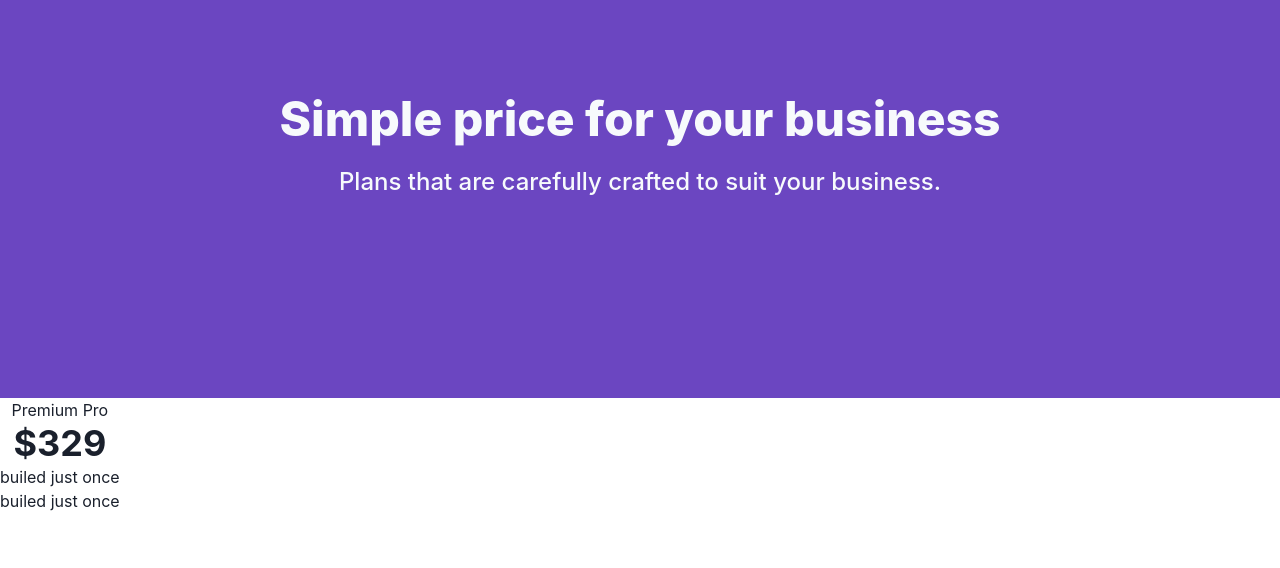
Repository: noutijo/learn-in-depth-chakra-ui
Page: /
The author's editor kept a copy of each file at every save. The page is drawn from the files as they stood at one save, then again after the next save.
The browser window is 1280 px wide. The pictures show the whole page.
The project was rebuilt for these pictures with package versions that can differ from the ones it lists, and the page was loaded fresh each time. Also part of the build but not shown: vite.config.ts.

Above is the page before, as saved 2023-01-30 15:29:01.

### src/main.tsx
import React from 'react'
import ReactDOM from 'react-dom/client'
import App from './App'
import { ChakraProvider } from "@chakra-ui/react"

ReactDOM.createRoot(document.getElementById('root') as HTMLElement).render(
  <ChakraProvider>
  <React.StrictMode>
    <App />
  </React.StrictMode>
  </ChakraProvider>,
)

### src/App.tsx
//import './App.css'
import "./App.css";
import { Box, Flex, Stack, VStack, HStack } from "@chakra-ui/react";
import { Header  } from "./components/Header";
import { Pricing } from "./components/Pricing";

export default function App() {
  return (
    <div className="App">
      <Box>
        <Header />
        <Pricing />
      </Box>
    </div>
  );
}

### src/App.css
#root {
  max-width: 1280px;
  margin: 0 auto;
  text-align: center;
}

.logo {
  height: 6em;
  padding: 1.5em;
  will-change: filter;
}
.logo:hover {
  filter: drop-shadow(0 0 2em #646cffaa);
}
.logo.react:hover {
  filter: drop-shadow(0 0 2em #61dafbaa);
}

@keyframes logo-spin {
  from {
    transform: rotate(0deg);
  }
  to {
    transform: rotate(360deg);
  }
}

@media (prefers-reduced-motion: no-preference) {
  a:nth-of-type(2) .logo {
    animation: logo-spin infinite 20s linear;
  }
}

.card {
  padding: 2em;
}

.read-the-docs {
  color: #888;
}

### src/components/Header.tsx
//import './App.css'
import { Box, Heading, Text, Flex } from "@chakra-ui/react";

export function Header() {
  return (
    <Box as="section" color="#F7FAFC" bg="#6b46c1" pt="90px" pb="198px" px="32px">
      <Heading fontWeight={800} fontSize={"48px"}>
        Simple price for your business
      </Heading>
      <Text fontWeight={500} fontSize={"24px"} mt="16px">
        Plans that are carefully crafted to suit your business.
      </Text>
    </Box>
  );
}

### src/components/Pricing.tsx
//import './App.css'
import { Box, Heading, Text, Flex } from "@chakra-ui/react";

export function Pricing() {
  return (
    <Box>
      <Flex>
        <Box>
            <Text>Premium Pro</Text>
            <Heading>$329</Heading>
            <Text>builed just once</Text>
            <Text>builed just once</Text>
        </Box>
        <Box></Box>
      </Flex>
    </Box>
  );
}

Loaded but not shown: index.html (common file)

After the next save:
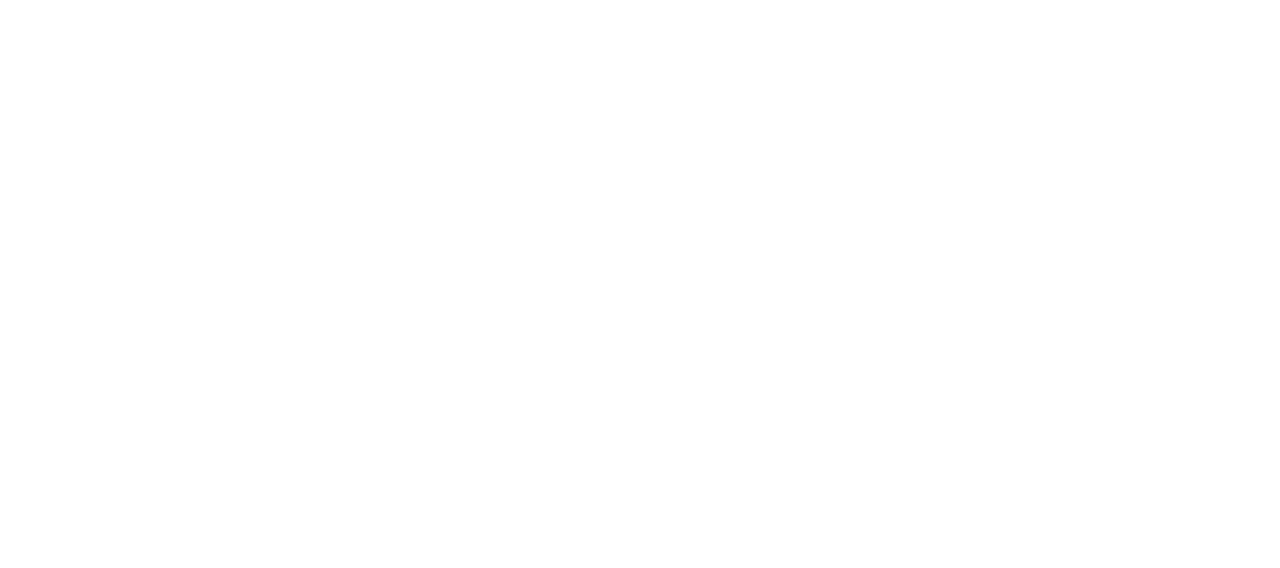
Console error: ReferenceError: Button is not defined
Saved 5 s later.
--- a/src/components/Pricing.tsx
+++ b/src/components/Pricing.tsx
@@ -9,7 +9,7 @@ export function Pricing() {
             <Text>Premium Pro</Text>
             <Heading>$329</Heading>
             <Text>builed just once</Text>
-            <Text>builed just once</Text>
+            <Button>builed just once</Button>
         </Box>
         <Box></Box>
       </Flex>

After the save that followed:
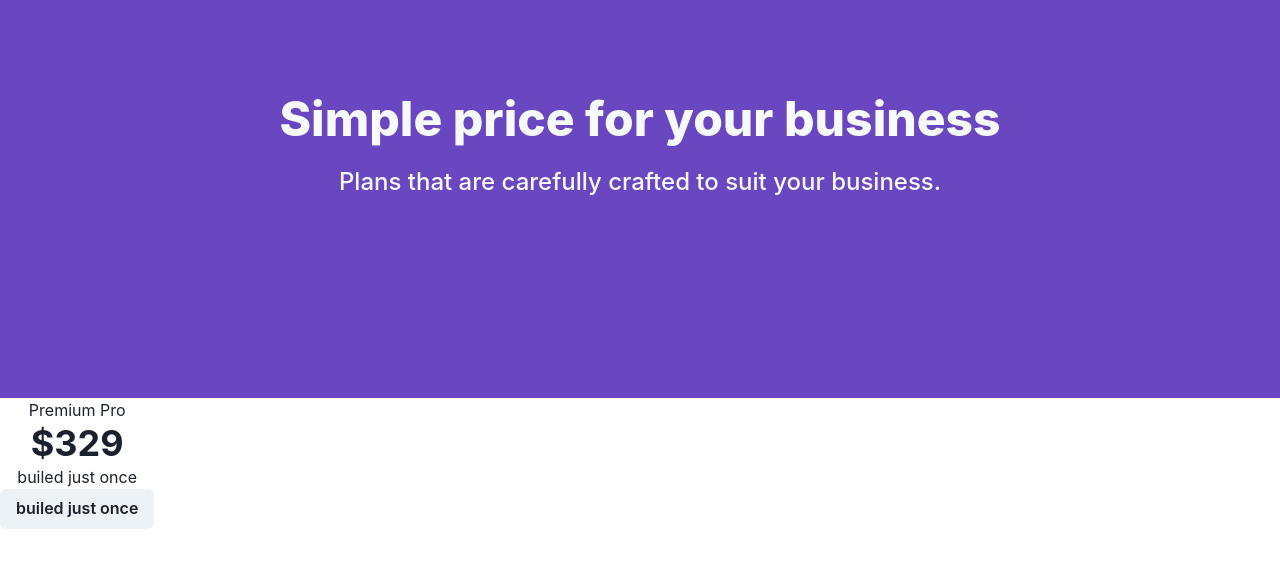
The error is gone.
Saved 8 s later.
--- a/src/components/Pricing.tsx
+++ b/src/components/Pricing.tsx
@@ -1,5 +1,5 @@
 //import './App.css'
-import { Box, Heading, Text, Flex } from "@chakra-ui/react";
+import { Box, Heading, Text, Flex, Button } from "@chakra-ui/react";
 
 export function Pricing() {
   return (
